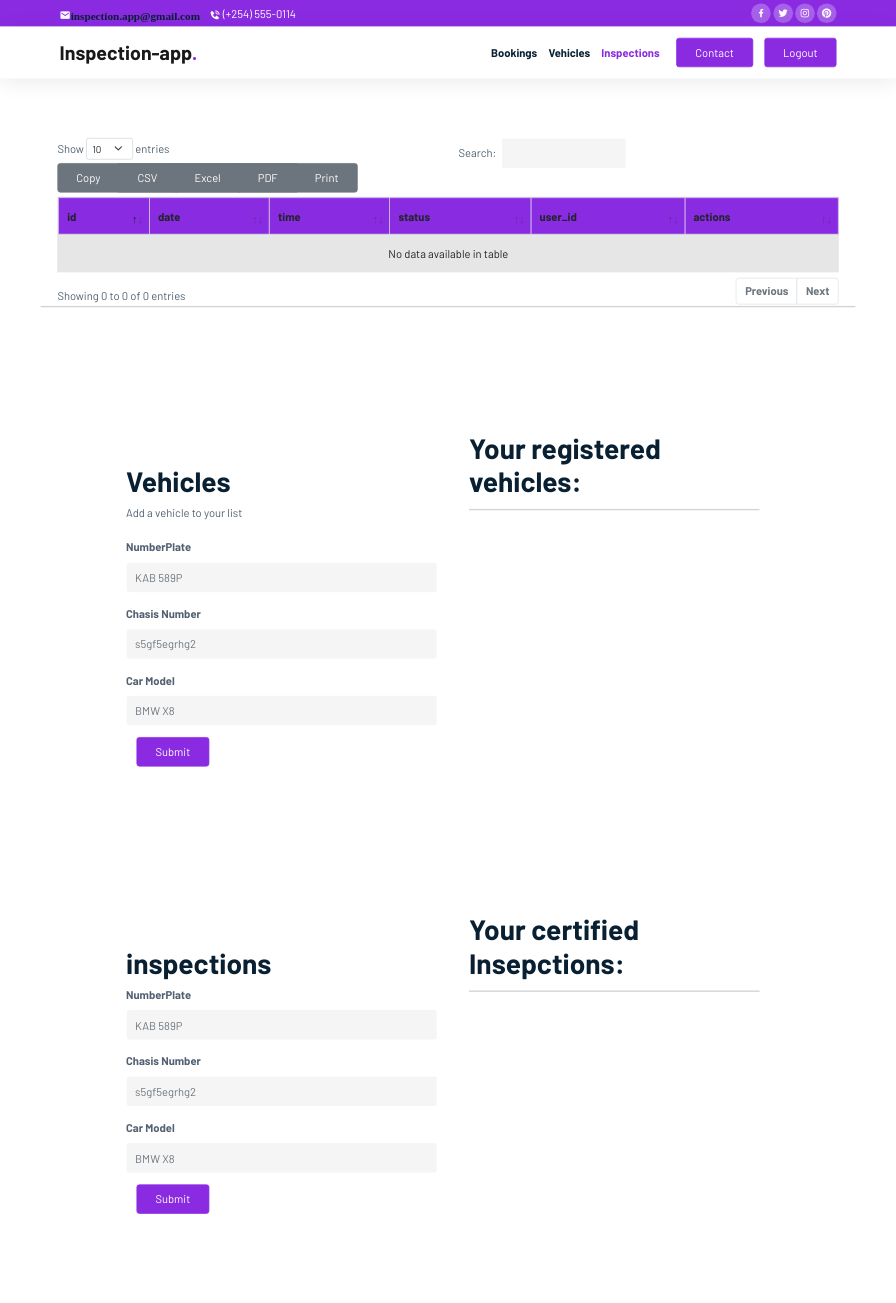
Repository: Jaynie8085/INSPECTION-APP
Page: client/admnDashboard.html
An editor plug-in stored every save of this project. The page is shown before and after the next save, followed by the edit.
The browser window is 1280 px wide. The pictures show the whole page, at 70% of full size.
The page's requests for data from a server got no answer.

Above is the page before, as saved 2022-10-17 06:17:07.
Console error: ReferenceError: fetchBookings is not defined

After the next save:
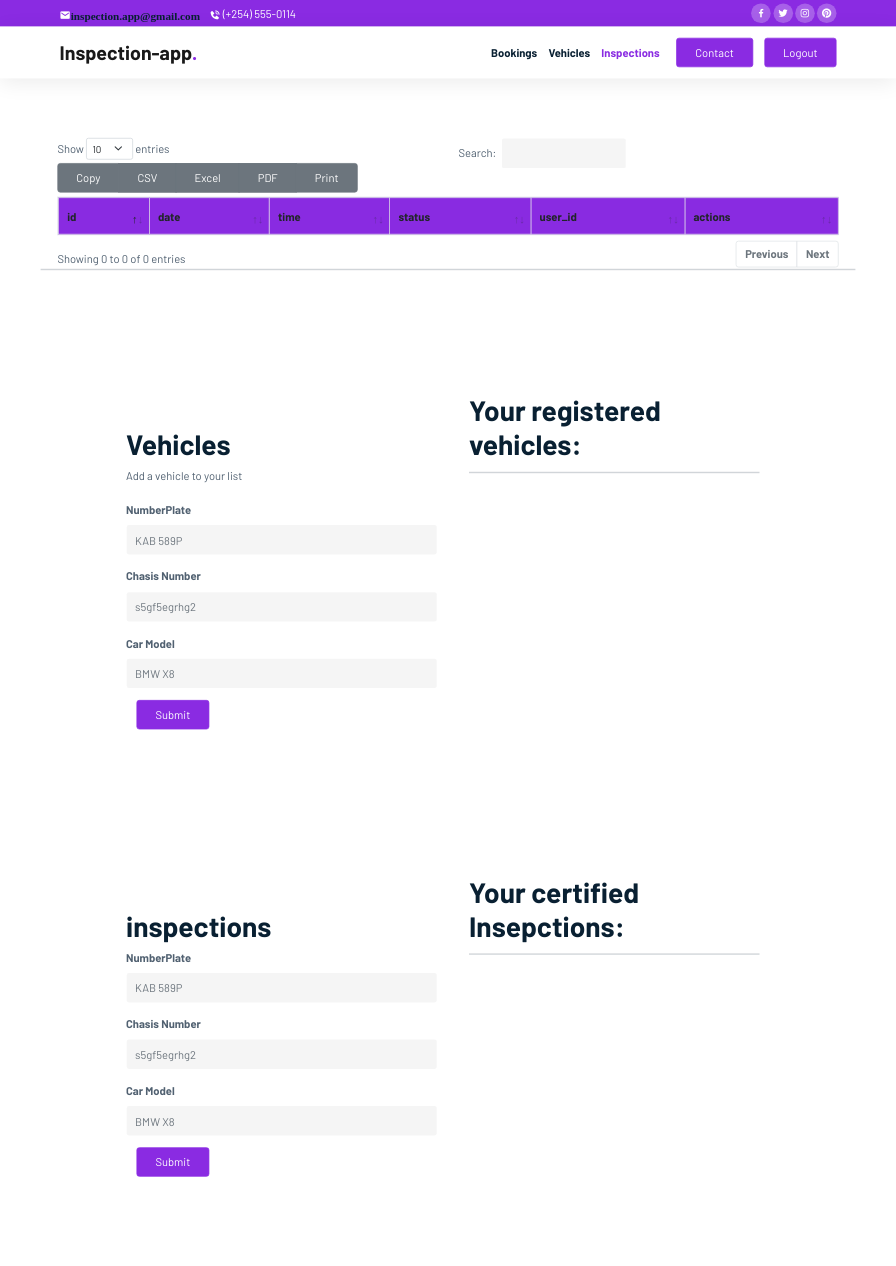
Saved 19 s later.
--- a/client/css/style.css
+++ b/client/css/style.css
@@ -534,7 +534,9 @@ a {
     text-decoration: none;
     font-weight: bolder;
 }
-
+.dataTables_empty {
+    display: none;
+}
 
 /*@import url(https://fonts.googleapis.com/css?family=Roboto:400,300,500);*/
 *:focus {
